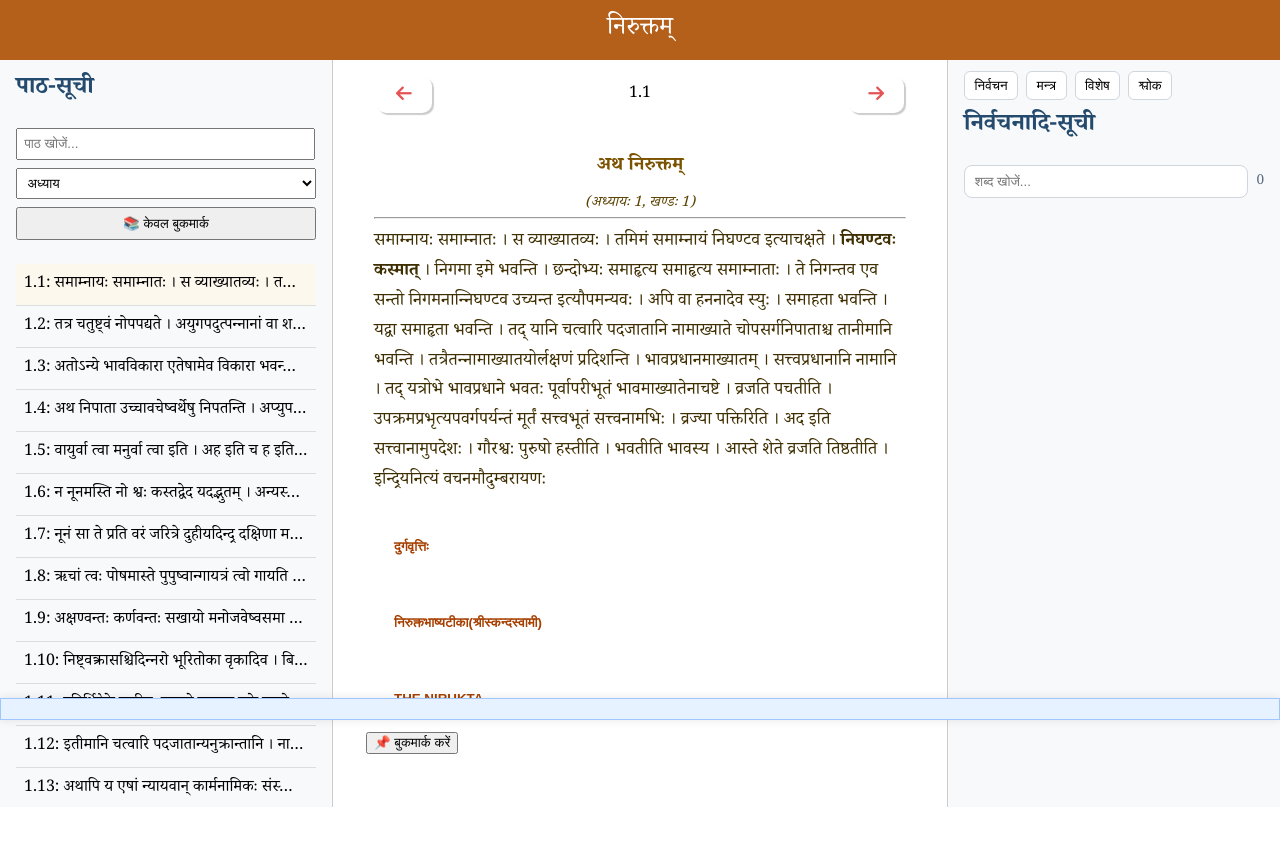
Repository: sanskritsphere/Niruktam
Page: index.html
These files come from the project's save history. The page is drawn as it stood at one moment and after the next save; the edit follows.
The browser window is 1280 px wide. The pictures show the whole page.
Some web fonts or font styles are not loaded; a fallback is used.

Above is the page before, as saved 2025-12-04 10:14:07.

### index.html
<!DOCTYPE html>
<html lang="sa">
<head>
  <meta charset="UTF-8">
  <meta name="viewport" content="width=device-width, initial-scale=1.0">
  <title>निरुक्तम्(1.1)</title>
  <link rel="stylesheet" type="text/css" href="style.css">
  <link rel="stylesheet" href="https://cdnjs.cloudflare.com/ajax/libs/font-awesome/6.5.0/css/all.min.css">
  <link href="https://fonts.googleapis.com/css2?family=Noto+Serif+Devanagari&family=Mukta&family=Tiro+Devanagari+Sanskrit&display=swap" rel="stylesheet">
  </head>
<body>
  <div class="loader" id="loader"></div>
  <div id="header">
    <span>निरुक्तम्</span>
  </div>
  <button class="menu-toggle" onclick="toggleSidebar()">☰</button>

  <aside id="sidebar">
    <h2>पाठ-सूची</h2>
    <input id="searchInput" oninput="leftSearch()" type="text" placeholder="पाठ खोजें...">
    <select id="filterAdhyay" name="selector"><option value=""></option></select>
    <button id="filterBookmarked">📚 केवल बुकमार्क</button>
       <ul id="sutraList"></ul>
  </aside>


  <div id="tipsBox"></div>
  <main onclick="toggleSidebar(true)">
    <div id="sutraContent"></div>
  </main>

   <aside id="markSidebar">
  <h2>निर्वचनादि-सूची</h2>

  <div class="markSearch">
    <input id="markSearchInput" type="search" placeholder="शब्द खोजें..." />
    <span id="markSearchCount"></span>
  </div>

  <ul id="markList"></ul>
</aside>


 <script src="script.js" defer></script>
</body>
</html>

### script.js
// =============== STATE ===============
let data = [];
let currentIndex = 0;
let listElements = [];

const TAGS = [
  { key: '#b', label: 'निर्वचन' },  // #b(.*?)b#
  { key: '#m', label: 'मन्त्र' },   // #m(.*?)m#
  { key: '#v', label: 'विशेष' }, // #v(.*?)v#
  { key: '#s', label: 'श्लोक'}   // #s(.*?)s#
];

const termsByTag = {};               // { b:[], m:[], v:[] }
TAGS.forEach(t => termsByTag[t.key] = []);

const bookmarked = new Set();
const doubts = JSON.parse(localStorage.getItem('doubts') || '[]');

const markState = { query: "", activeTag: 'b' };  // right sidebar
const leftSearchState = { q: "" };                // left sidebar search

// सिर्फ left-labels के लिए b...b unwrap (list label generate करते समय)
const MARK_RE_B = /b(.*?)b/g;


// =============== HELPERS ===============
function normalizeNFC(s){ return (s || "").normalize("NFC"); }

function escapeHTML(s=""){
  return s.replace(/[&<>"']/g, c => ({
    '&':'&amp;','<':'&lt;','>':'&gt;','"':'&quot;',"'":'&#39;'
  }[c]));
}

function highlightLabel(label="", q=""){
  label = normalizeNFC(label);
  q = normalizeNFC(q);
  const safe = escapeHTML(label);
  if(!q) return safe;
  const re = new RegExp(q.replace(/[.*+?^${}()|[\]\\]/g, '\\$&'), 'gi');
  return safe.replace(re, m => `<span class="mark">${m}</span>`);
}

function debounce(fn, wait = 200){
  let t;
  return (...args) => { clearTimeout(t); t = setTimeout(() => fn(...args), wait); };
}

function highlightDoubts(text, doubtTexts) {
  if (!text) return '';
  let out = text;
  doubtTexts.forEach(doubt => {
    const q = normalizeNFC(doubt);
    if (!q) return;
    const re = new RegExp(`(${q.replace(/[.*+?^${}()|[\]\\]/g, '\\$&')})`, 'g');
    out = out.replace(re, '<span class="doubt-highlight">$1</span>');
  });
  return out;
}

/* ========= main content temporary highlight after click ========= */
function flashSearchInMain(query, duration = 1600){
  query = (query || "").trim();
  if (!query) return;
  const container = document.getElementById('sutraContent');
  if (!container) return;

  const qN = normalizeNFC(query).toLowerCase();

  // remove previous flashes
  container.querySelectorAll('.main-flash').forEach(span => {
    const text = document.createTextNode(span.textContent);
    const p = span.parentNode;
    if (p) p.replaceChild(text, span);
  });

  // walk text nodes and wrap matches
  const walker = document.createTreeWalker(container, NodeFilter.SHOW_TEXT, null);
  let node, firstSpan = null;

  const wrapMatchesInNode = (textNode) => {
    const original = textNode.nodeValue;
    const origN = normalizeNFC(original);
    const hay = origN.toLowerCase();

    let start = 0, idx = hay.indexOf(qN, start);
    if (idx === -1) return;

    const parent = textNode.parentNode;
    const frag = document.createDocumentFragment();
    let pos = 0;

    while (idx !== -1) {
      const absStart = idx;
      const absEnd = idx + qN.length;

      const before = original.slice(pos, absStart);
      const match  = original.slice(absStart, absEnd);

      if (before) frag.appendChild(document.createTextNode(before));

      const span = document.createElement('span');
      span.className = 'main-flash';
      span.textContent = match;
      frag.appendChild(span);
      if (!firstSpan) firstSpan = span;

      pos = absEnd;
      start = absEnd;
      idx = hay.indexOf(qN, start);
    }
    const after = original.slice(pos);
    if (after) frag.appendChild(document.createTextNode(after));

    parent.replaceChild(frag, textNode);
  };

  while ((node = walker.nextNode())) {
    if (!node.parentElement) continue;
    const tag = node.parentElement.tagName;
    if (tag === 'SCRIPT' || tag === 'STYLE') continue;
    wrapMatchesInNode(node);
  }

  if (firstSpan) {
    firstSpan.scrollIntoView({ behavior: 'smooth', block: 'center' });
  }

  setTimeout(() => {
    container.querySelectorAll('.main-flash').forEach(span => {
      const text = document.createTextNode(span.textContent);
      const p = span.parentNode;
      if (p) p.replaceChild(text, span);
    });
  }, duration);
}
/* ========= /flash ========= */

/* ========= SINGLE-PASS tag collector: b/m/v/... =========
   किसी एक replace से सारे tags पकड़ो ताकि HTML inject होने के बाद regex न बिगड़े  */
function processAllTags(str, sutraIdx, field){
  let src = str || '';
  if (!src) return { html: '' };

  const keys = TAGS.map(t => t.key);                   // ['b','m','v',...]
  const re = new RegExp(`(${keys.join("|")})([\\s\\S]*?)\\1`, "g"); // (b|m|v) ... \1

  const counters = Object.fromEntries(keys.map(k => [k, 0]));

  const html = src.replace(re, (m, tagKey, inner) => {
    const i = counters[tagKey]++;
    const id = `mark-${tagKey}-${sutraIdx}-${field}-${i}`;
    const label = (inner || '').trim();

    // collect strictly into active tag bucket
    termsByTag[tagKey].push({ id, label, sutraIdx, field, tag: tagKey });

    // visible anchor (escape to avoid leaking tags)
    return `<span class="mark-anchor tag-${tagKey}" id="${id}"><b>${escapeHTML(label)}</b></span>`;
  });

  return { html };
}


// =============== RENDER: MAIN PANEL ===============
function renderSutra(index) {
  const sutra = data[index];
  if (!sutra) return;

  const doubtTexts = doubts.filter(d => d.index === sutra.index).map(d => d.text);
  const container = document.getElementById('sutraContent');
  if (!container) return;

  container.innerHTML = `
    <div class="sutra">
      <div class="sutra-btn">
        <button onclick="navigate(-1)"><i class="fas fa-arrow-left"></i></button>
        <p>${sutra.index}</p>
        <button onclick="navigate(1)"><i class="fas fa-arrow-right"></i></button>
      </div>

      <div class="section"><strong>अथ निरुक्तम्</strong>
        <div class="meta">(अध्यायः ${sutra.adhyay}, खण्डः ${sutra.khand})</div><hr>
        ${highlightDoubts(sutra.text, doubtTexts)}
      </div>

      <div class="section">
        <button class="toggle-btn" onclick="toggleExclusive('durg')">दुर्गवृत्तिः</button>
        <div id="durg" class="toggle-content"><hr>${highlightDoubts(sutra.durg, doubtTexts)}</div>
      </div>
      <div class="section">
        <button class="toggle-btn" onclick="toggleExclusive('skand')">निरुक्तभाष्यटीका(श्रीस्कन्दस्वामी)</button>
        <div id="skand" class="toggle-content"><hr>${highlightDoubts(sutra.skand, doubtTexts)}</div>
      </div>
       <div class="section">
        <button class="toggle-btn" onclick="toggleExclusive('vivaran')">THE NIRUKTA</button>
        <div id="vivaran" class="toggle-content"><hr>${highlightDoubts(sutra.vivaran, doubtTexts)}</div>
      </div>
      <button class="add-remove-bookmark" onclick="toggleBookmark(${index})">
        ${bookmarked.has(index) ? '🔖 बुकमार्क हटाएं' : '📌 बुकमार्क करें'}
      </button>
      <br><br><br><br>
    </div>
  `;

  listElements.forEach((el, i) => {
    el.classList.toggle('active', i === index);
    if (i === index) document.title = `นिरुक्त_(${sutra.index})`;
  });
}


// =============== LEFT LIST (always from plain) ===============
function populateSidebar() {
  const ul = document.getElementById('sutraList');
  if (!ul) return;

  ul.innerHTML = '';
  listElements = [];

  data.forEach((sutra, index) => {
    const base = `${sutra.index}: ${sutra.text_plain || ""}`.trim();
    const title = base;
    const label = base;

    const li = document.createElement('li');
    li.textContent = label;          // plain
    li.title = title;
    li.dataset.baseLabel = label;    // restore के लिए

    li.onclick = (e) => {
      e.stopPropagation();
      currentIndex = index;
      renderSutra(index);
      if (leftSearchState.q && leftSearchState.q.trim()) {
        setTimeout(() => flashSearchInMain(leftSearchState.q), 60);
      }
      toggleSidebar(true);
    };

    listElements.push(li);
    ul.appendChild(li);
  });
}

// master renderer: left search + adhyay + bookmark
function applyFilters() {
  const ul = document.getElementById('sutraList');
  if (!ul) return;

  const adhyayEl = document.getElementById('filterAdhyay');
  const bookmarkedBtn = document.getElementById('filterBookmarked');

  const adhyay = adhyayEl ? adhyayEl.value : "";
  const showBookmarked = bookmarkedBtn ? bookmarkedBtn.classList.contains('active') : false;

  const q = normalizeNFC((leftSearchState.q || "").toLowerCase());

  ul.innerHTML = '';

  listElements.forEach((li, i) => {
    const s = data[i];
    const passAdhyay   = (!adhyay || s.adhyay == adhyay);
    const passBookmark = (!showBookmarked || bookmarked.has(i));
    const passSearch   = (!q || (s._search || "").includes(q));

    if (passAdhyay && passBookmark && passSearch) {
      ul.appendChild(li);
    }
  });
}


// =============== RIGHT SIDEBAR (tabs + list) ===============
function buildMarkTabs(){
  const sidebar = document.getElementById('markSidebar');
  if (!sidebar) return;

  let tabs = document.getElementById('markTabs');
  if (!tabs){
    tabs = document.createElement('div');
    tabs.id = 'markTabs';
    tabs.style.display = 'flex';
    tabs.style.gap = '.5rem';
    tabs.style.marginBottom = '.5rem';
    tabs.style.flexWrap = 'wrap';
    const h2 = sidebar.querySelector('h2');
    if (h2 && h2.parentNode) h2.parentNode.insertBefore(tabs, h2);
    else sidebar.insertBefore(tabs, sidebar.firstChild);
  }

  tabs.innerHTML = '';
  TAGS.forEach(tag => {
    const btn = document.createElement('button');
    btn.className = 'mark-tab-btn';
    btn.textContent = tag.label;
    btn.dataset.tag = tag.key;
    btn.style.padding = '.35rem .6rem';
    btn.style.border = '1px solid #cfd6de';
    btn.style.borderRadius = '6px';
    btn.style.background = (markState.activeTag === tag.key) ? '#e8f0fe' : '#fff';
    btn.style.cursor = 'pointer';
    btn.setAttribute('aria-selected', markState.activeTag === tag.key ? 'true' : 'false');
    btn.onclick = () => {
      markState.activeTag = tag.key;
      buildMarkTabs();     // active style refresh
      renderMarkSidebar(); // list refresh
    };
    tabs.appendChild(btn);
  });
}

function renderMarkSidebar() {
  const ul = document.getElementById('markList');
  const countEl = document.getElementById('markSearchCount');
  if (!ul) return;

  const active = markState.activeTag || 'b';
  const source = termsByTag[active] || [];

  const q = normalizeNFC((markState.query || "").toLowerCase().trim());
  const filtered = q
    ? source.filter(t => normalizeNFC(t.label).toLowerCase().includes(q))
    : source;

  ul.innerHTML = '';

  filtered.forEach((t) => {
    const li = document.createElement('li');
    const idx = data[t.sutraIdx]?.index || '';
    li.innerHTML = `${highlightLabel(t.label, q)} <span style="opacity:.7">(${idx})</span>`;
    li.title = `${t.label} — सूक्त ${idx}`;
    li.onclick = (e) => {
      e.stopPropagation();
      currentIndex = t.sutraIdx;
      renderSutra(currentIndex);
      if (markState.query && markState.query.trim()) {
        setTimeout(() => flashSearchInMain(markState.query), 60);
      }
      setTimeout(() => {
        const el = document.getElementById(t.id);
        if (el) {
          el.classList.add('flash');
          el.scrollIntoView({ behavior: 'smooth', block: 'center' });
          setTimeout(() => el.classList.remove('flash'), 1500);
        }
      }, 50);
    };
    ul.appendChild(li);
  });

  if (countEl) countEl.textContent = String(filtered.length || 0);
}


// =============== FILTERS / NAV / TOGGLES ===============
function updateFilters() {
  const adhyaySet = new Set();
  data.forEach(s => adhyaySet.add(s.adhyay));
  const sel = document.getElementById('filterAdhyay');
  if (!sel) return;
  sel.innerHTML = '<option value="">अध्याय</option>' + [...adhyaySet].map(a => `<option>${a}</option>`).join('');
}

function navigate(offset) {
  const newIndex = currentIndex + offset;
  if (newIndex >= 0 && newIndex < data.length) {
    currentIndex = newIndex;
    renderSutra(currentIndex);
  }
}

function toggleBookmark(index) {
  bookmarked.has(index) ? bookmarked.delete(index) : bookmarked.add(index);
  renderSutra(index);
  applyFilters();
}

function toggleSidebar(forceClose = null) {
  const aside = document.getElementById('sidebar');
  if (!aside) return;
  if (forceClose === true) aside.classList.remove('open');
  else if (forceClose === false) aside.classList.add('open');
  else aside.classList.toggle('open');
}

function toggleExclusive(idToShow) {
  ['durg', 'skand', 'vivaran'].forEach(id => {
    const el = document.getElementById(id);
    if (!el) return;
    el.style.display = id === idToShow && el.style.display !== 'block' ? 'block' : 'none';
  });
}


// =============== UI WIRING (bind after DOMContentLoaded) ===============
function wireUI(){

  // LEFT sidebar search input (always from plain dataset)
  const input = document.getElementById("searchInput");
  if (input){
    input.addEventListener('input', function() {
      leftSearchState.q = input.value || "";

      const filter = input.value.normalize("NFC").toUpperCase();
      const ul = document.getElementById("sutraList");
      const li = ul.getElementsByTagName("li");

      for (let i = 0; i < li.length; i++) {
        const base = (li[i].dataset.baseLabel || li[i].textContent || "").normalize("NFC");
        const idx = base.toUpperCase().indexOf(filter);

        if (idx > -1) {
          li[i].style.display = "";
          const before = base.slice(0, idx);
          const middle = base.slice(idx, idx + filter.length);
          const after  = base.slice(idx + filter.length);
          li[i].innerHTML = `${before}<span class="chihnit">${middle}</span>${after}`;
        } else {
          li[i].style.display = "none";
          li[i].textContent = base; // restore plain
        }
      }
    });
  }

  // Filters wiring
  const adhyaySelect = document.getElementById('filterAdhyay');
  if (adhyaySelect) adhyaySelect.onchange = applyFilters;

  const bookmarkedBtnEl = document.getElementById('filterBookmarked');
  if (bookmarkedBtnEl){
    bookmarkedBtnEl.onclick = function () {
      this.classList.toggle('active');
      applyFilters();
    };
  }

  // RIGHT sidebar search input
  const markSearchInput = document.getElementById('markSearchInput');
  if (markSearchInput){
    markState.query = ""; // init
    markSearchInput.addEventListener('input', debounce(e => {
      markState.query = e.target.value || "";
      renderMarkSidebar();
    }, 150));
  }

  // Build right tabs initially
  buildMarkTabs();
}


// =============== FETCH + PROCESS ===============
document.addEventListener('DOMContentLoaded', () => {
  wireUI();  // DOM ready

  fetch("data.json")
    .then(res => res.json())
    .then(json => {
      // reset buckets each load
      TAGS.forEach(t => { termsByTag[t.key] = []; });

      data = json.niruktam.map((item, i) => {
        // Plain versions for LEFT labels/search (strip all tags + unwrap b/m/v)
        const rawText  = item.text  || "";
        const rawDurg  = item.durg  || "";
        const rawSkand = item.skand || "";
        const rawVivaran = item.vivaran || "";

        const stripAll = s => (s || "")
          .replace(/<[^>]*>/g, "")
          .replace(/b(.*?)b/g, (_, p1)=> (p1||"").trim())
          .replace(/m(.*?)m/g, (_, p1)=> (p1||"").trim())
          .replace(/v(.*?)v/g, (_, p1)=> (p1||"").trim());

        const text_plain  = stripAll(rawText);
        const durg_plain  = stripAll(rawDurg);
        const skand_plain = stripAll(rawSkand);
        const vivaran_plain = stripAll(rawVivaran);

        // Left search key from plain text
        const searchKey = normalizeNFC((item.index + ': ' + text_plain)).toLowerCase();

        // Main HTML with anchors for ALL configured tags (single-pass)
        const pText  = processAllTags(item.text,  i, 'text');
        const pDurg  = processAllTags(item.durg,  i, 'durg');
        const pSkand = processAllTags(item.skand, i, 'skand');
        const pVivaran = processAllTags(item.vivaran, i, 'vivaran');

        return {
          ...item,
          text:  pText.html,
          durg:  pDurg.html,
          skand: pSkand.html,
          vivaran: pVivaran.html,
          text_plain,
          durg_plain,
          skand_plain,
          vivaran_plain,
          _search: searchKey
        };
      });

      // Left list + filters
      populateSidebar();
      updateFilters();
      applyFilters();

      // Main + Right side
      renderSutra(currentIndex);
      renderMarkSidebar();

      const loader = document.getElementById('loader');
      if (loader) loader.style.display = 'none';
    })
    .catch(err => {
      const cont = document.getElementById('sutraContent');
      if (cont) cont.innerText = 'Error loading data: ' + err.message;
      const loader = document.getElementById('loader');
      if (loader) loader.style.display = 'none';
    });
});

Loaded but not shown: data.json (4814 lines, source omitted); style.css (303 lines, source omitted)

After the next save:
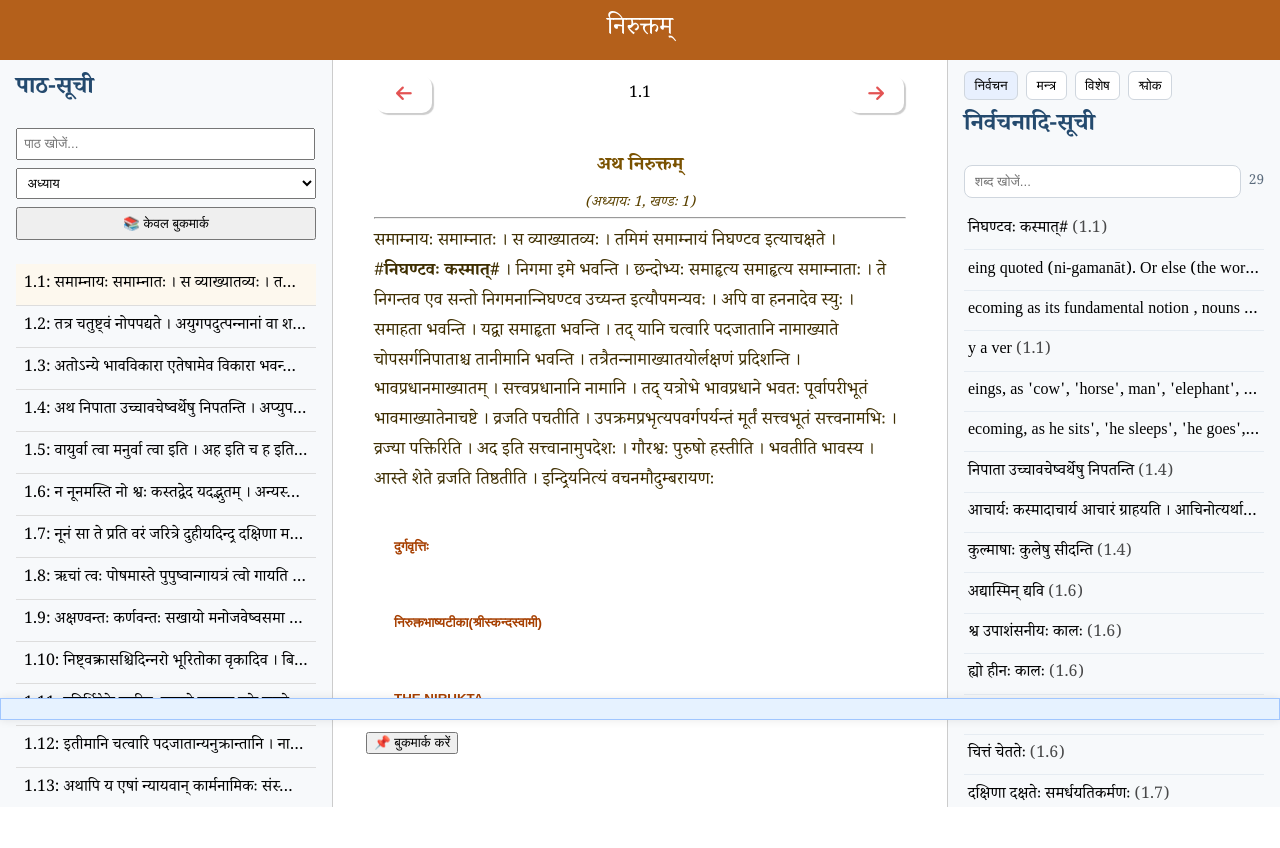
Saved 119 s later.
--- a/script.js
+++ b/script.js
@@ -4,10 +4,10 @@ let currentIndex = 0;
 let listElements = [];
 
 const TAGS = [
-  { key: '#b', label: 'निर्वचन' },  // #b(.*?)b#
-  { key: '#m', label: 'मन्त्र' },   // #m(.*?)m#
-  { key: '#v', label: 'विशेष' }, // #v(.*?)v#
-  { key: '#s', label: 'श्लोक'}   // #s(.*?)s#
+  { key: 'b', label: 'निर्वचन' },  // #b(.*?)b#
+  { key: 'm', label: 'मन्त्र' },   // #m(.*?)m#
+  { key: 'v', label: 'विशेष' }, // #v(.*?)v#
+  { key: 's', label: 'श्लोक'}   // #s(.*?)s#
 ];
 
 const termsByTag = {};               // { b:[], m:[], v:[] }
